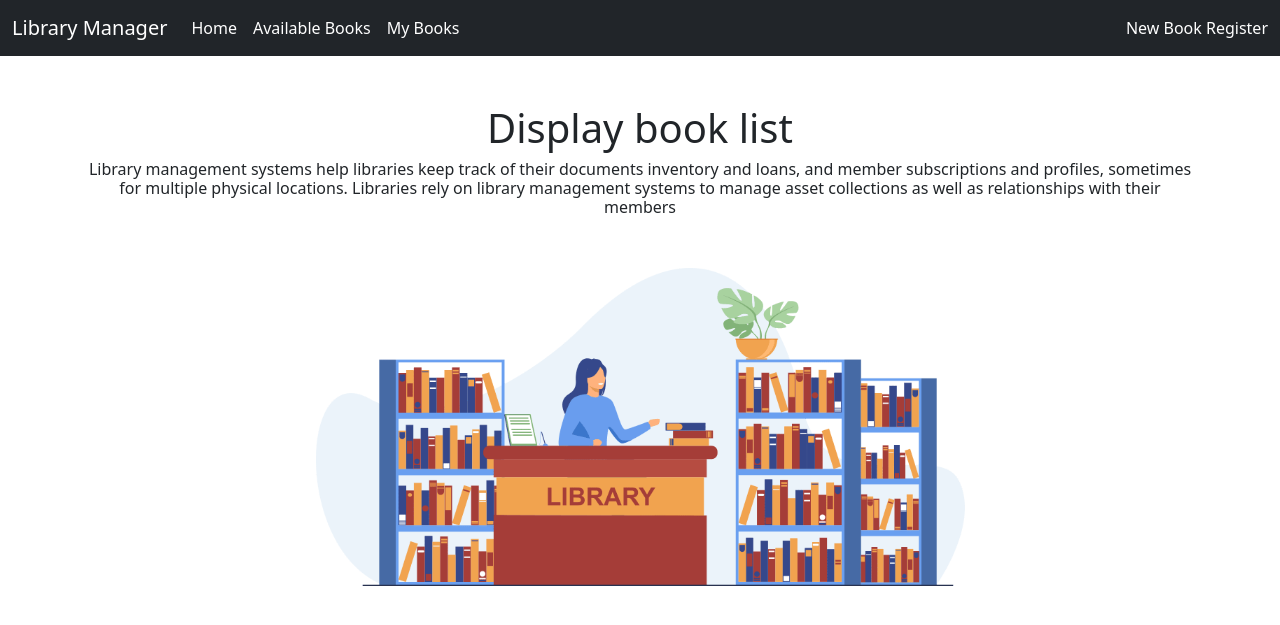
Repository: AkashCoder99/Spring-Libraray-Management
Page: http://localhost/bookList
These files come from the project's save history. The page is drawn as it stood at one moment and after a run of saves; the edit follows.
The browser window is 1280 px wide. The pictures show the whole page.
The page is this project's Thymeleaf template; nobody is signed in. The template is opened directly, without the code that normally fills it, so the values that code supplies are empty.

Above is the page before, as saved 2023-05-29 18:37:53.

After the next 2 saves:
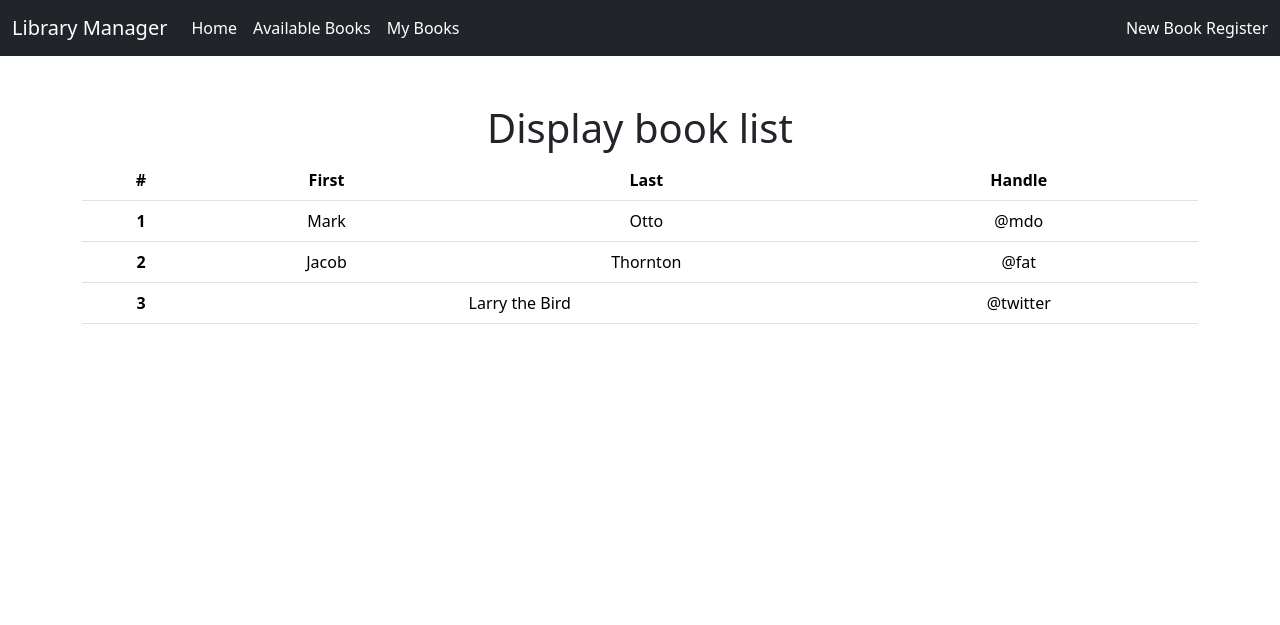
The 2 saves are shown as one change because they came seconds apart.
The last was saved 28 s later.
--- a/bookStore/src/main/resources/templates/bookList.html
+++ b/bookStore/src/main/resources/templates/bookList.html
@@ -39,11 +39,35 @@
 
 	<div class="container text-center my-5">
 		<h1>Display book list</h1>
-		<h6>Library management systems help libraries keep track of their documents inventory and loans,
-			and member subscriptions and profiles, sometimes for multiple physical locations.
-			Libraries rely on library management systems to manage asset collections as well as relationships with their
-			members</h6>
-		<img src="/images/HomePageLibrary.png" width="700px">
+		<table class="table">
+			<thead>
+				<tr>
+					<th scope="col">#</th>
+					<th scope="col">First</th>
+					<th scope="col">Last</th>
+					<th scope="col">Handle</th>
+				</tr>
+			</thead>
+			<tbody>
+				<tr>
+					<th scope="row">1</th>
+					<td>Mark</td>
+					<td>Otto</td>
+					<td>@mdo</td>
+				</tr>
+				<tr>
+					<th scope="row">2</th>
+					<td>Jacob</td>
+					<td>Thornton</td>
+					<td>@fat</td>
+				</tr>
+				<tr>
+					<th scope="row">3</th>
+					<td colspan="2">Larry the Bird</td>
+					<td>@twitter</td>
+				</tr>
+			</tbody>
+		</table>
 	</div>
 	<script src="https://cdn.jsdelivr.net/npm/bootstrap@5.3.0-alpha3/dist/js/bootstrap.bundle.min.js"
 		integrity="sha384-ENjdO4Dr2bkBIFxQpeoTz1HIcje39Wm4jDKdf19U8gI4ddQ3GYNS7NTKfAdVQSZe"
